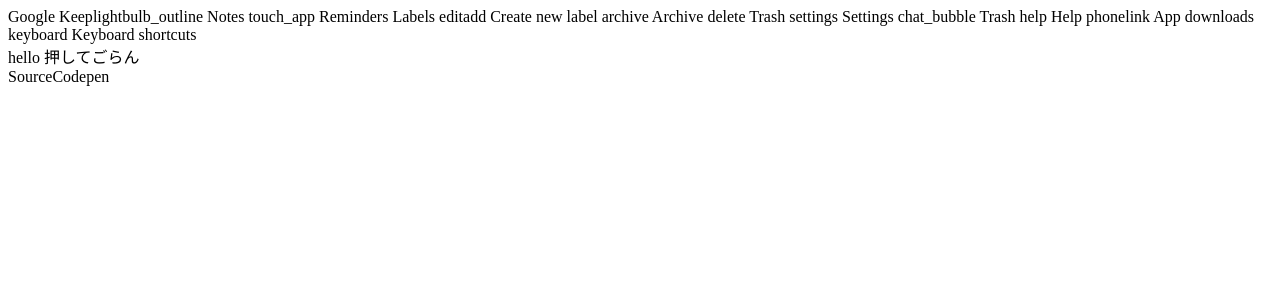
Repository: ShunsukeTanizaki/app_Gourmet_search
Page: /event
These files come from the project's save history. The page is drawn as it stood at one moment and after the next save; the edit follows.
The browser window is 1280 px wide. The pictures show the whole page.
The project was rebuilt for these pictures with package versions that can differ from the ones it lists, and the page was loaded fresh each time. The framework's server and built-in components were replaced by stand-ins that run in the browser. Also part of the build but not shown: nuxt.config.js, layouts/default.vue.

Above is the page before, as saved 2020-02-08 14:38:30.

After the next save:
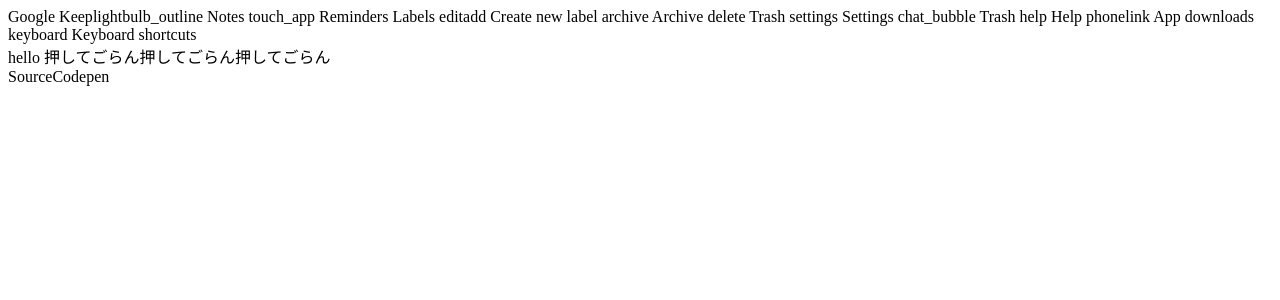
Saved 73 s later.
--- a/pages/event.vue
+++ b/pages/event.vue
@@ -1,7 +1,9 @@
 <template>
   <div class="main">
     hello
-    <v-btn loading>押してごらん</v-btn>
+    <v-btn loading x-small="">押してごらん</v-btn>
+    <v-btn loading x-midium>押してごらん</v-btn>
+    <v-btn loading x-large="">押してごらん</v-btn>
     </div>
 </template>
 
